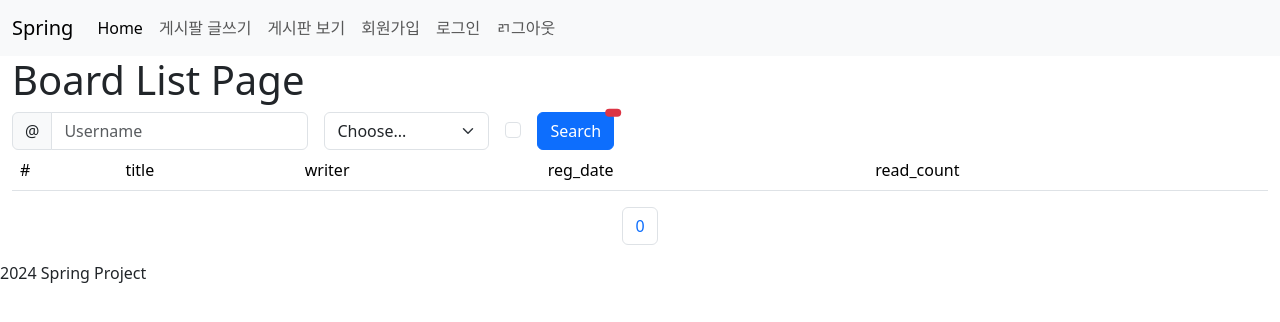
Repository: tkwkduddnd/SpringTest240430
Page: http://localhost/spring_study/WEB-INF/views/board/list.jsp
An editor plug-in stored every save of this project. The page is shown before and after a run of saves, followed by the edit.
The browser window is 1280 px wide. The pictures show the whole page.
The page is served by Tomcat 9. Nobody is signed in. The template is opened directly, without the code that normally fills it, so the values that code supplies are empty.

Above is the page before, as saved 2024-04-25 03:04:43.

After the next 2 saves:
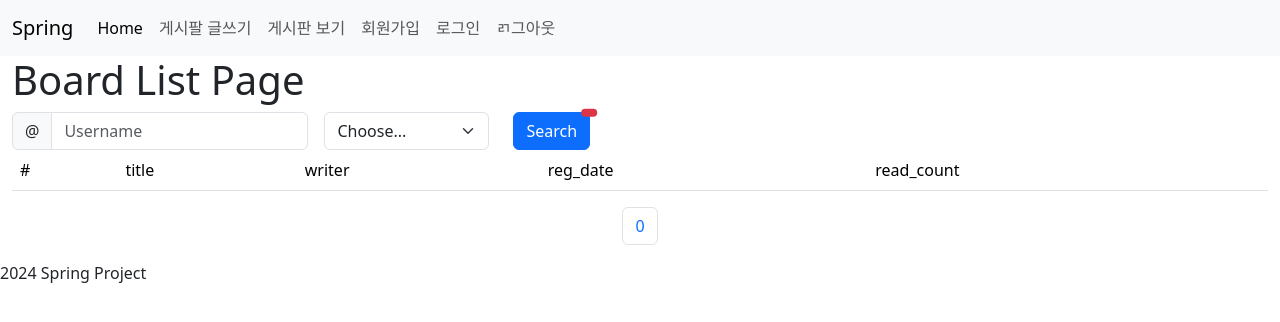
The 2 saves are shown as one change because they came seconds apart.
The last was saved 11 s later.
--- a/spring_study/src/main/webapp/WEB-INF/views/board/list.jsp
+++ b/spring_study/src/main/webapp/WEB-INF/views/board/list.jsp
@@ -31,12 +31,9 @@
 
 
   <div class="col-12">
-    <div class="form-check">
-      <input class="form-check-input" type="checkbox" id="inlineFormCheck">
       <input type="hidden" name="pageNo" value="1">
       <input type="hidden" name="qty" value="10">
 
-    </div>
   </div>
 
   <button type="button" class="btn btn-primary position-relative">
